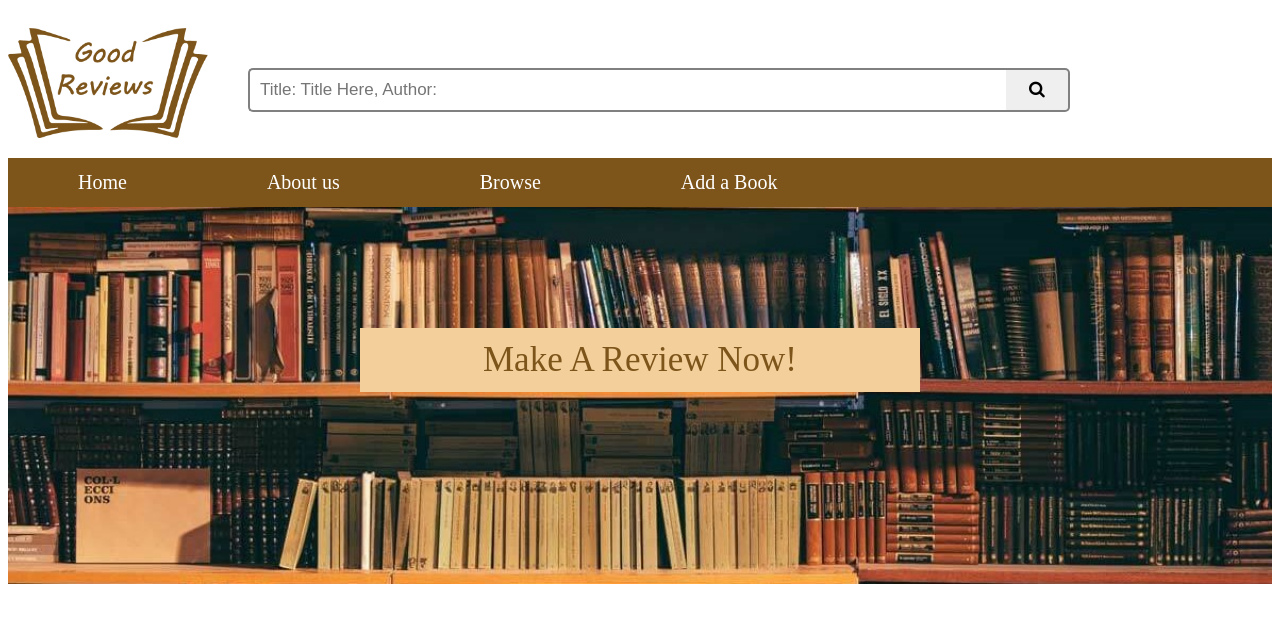
Repository: sesiliafenina/db-project
Page: index.html
These files come from the project's save history. The page is drawn as it stood at one moment and after a run of saves; the edit follows.
The browser window is 1280 px wide. The pictures show the whole page.

Above is the page before, as saved 2020-12-06 14:22:59.
Console error: SyntaxError: Cannot use import statement outside a module

After the next 2 saves:
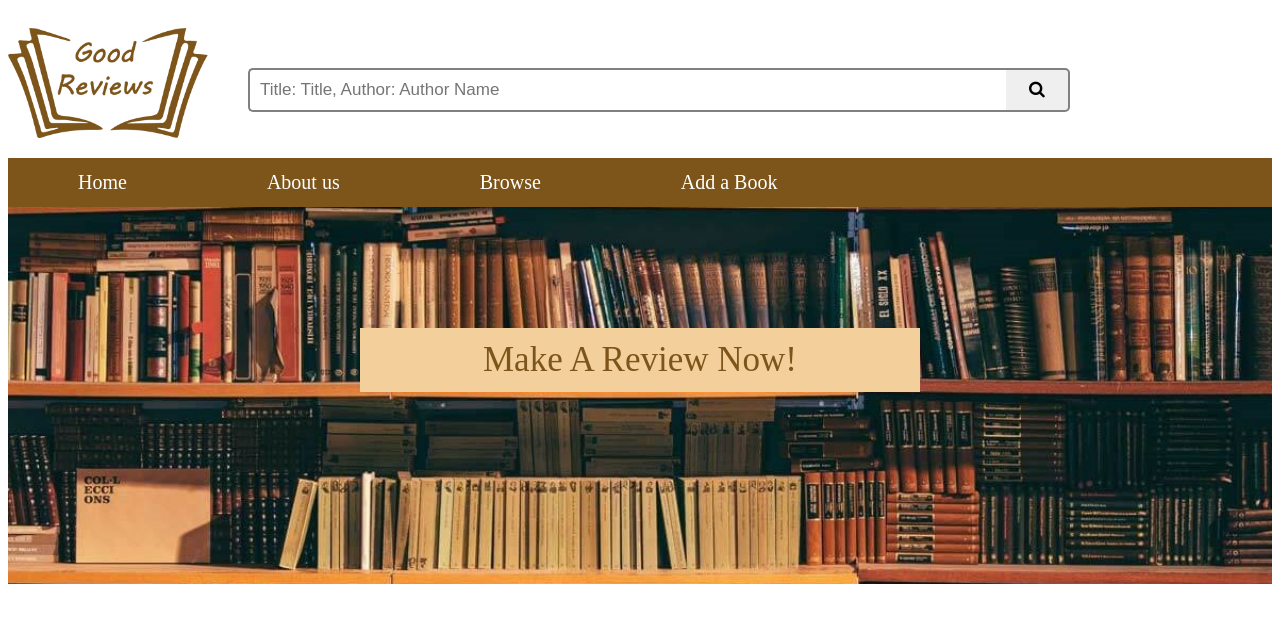
The 2 saves are shown as one change because they came seconds apart.
The last was saved 10 s later.
--- a/index.html
+++ b/index.html
@@ -17,7 +17,7 @@
         <input
           id="search-query"
           type="text"
-          placeholder="Title: Title Here, Author: "
+          placeholder="Title: Title, Author: Author Name"
           name="search"
         />
         <button class="search" type="submit" onclick="nextPage()">
